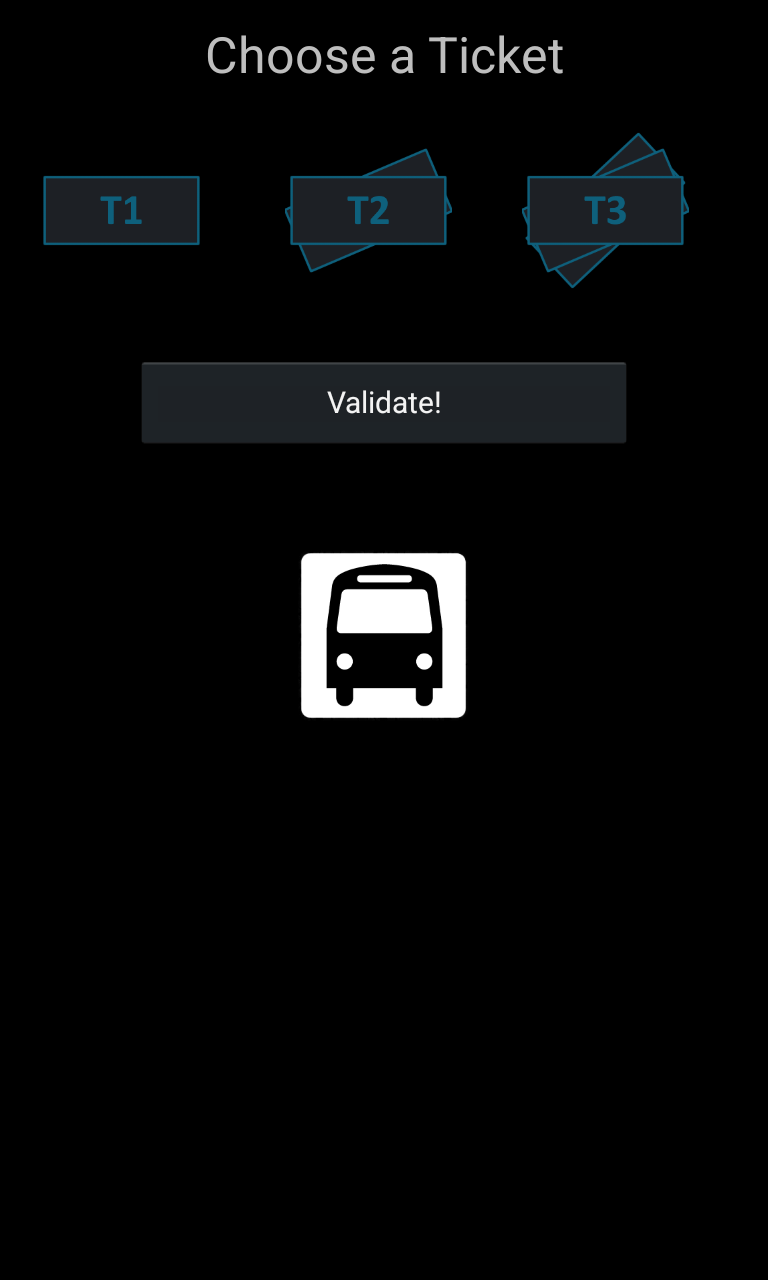
Repository: Nelspike/BusTicketer
Layout: PassengerMode/res/layout/fragment_show_tickets.xml
An editor plug-in stored every save of this project. The layout is shown before and after the next save, followed by the edit.
It is drawn on a 768 x 1280 px phone screen (xhdpi) without system bars, with theme AppTheme; the app's code is not run.

Above is the layout before, as saved 2013-10-19 20:27:35.

### PassengerMode/res/layout/fragment_show_tickets.xml
<FrameLayout xmlns:android="http://schemas.android.com/apk/res/android"
    xmlns:tools="http://schemas.android.com/tools"
    android:layout_width="match_parent"
    android:layout_height="match_parent"
    tools:context=".ShowTicketsFragment" >

    <LinearLayout
        android:layout_width="match_parent"
        android:layout_height="wrap_content"
        android:orientation="vertical"
        android:paddingTop="10dp">

	    <TextView
	        android:layout_width="match_parent"
	        android:layout_height="wrap_content"
	        android:text="@string/show_tickets_title"
	        android:textSize="25sp"
	        android:gravity="center"/>

		<RadioGroup
		    android:id="@+id/ticket_radio"
		    android:layout_width="match_parent"
		    android:layout_height="wrap_content"
		    android:gravity="center"
		    android:orientation="horizontal"
		    android:paddingTop="20dp"
		    android:paddingBottom="30dp" >

			<RadioButton
			    android:id="@+id/t1_radio"
				android:button="@drawable/t1_selector"
				android:layout_width="wrap_content"
				android:layout_height="wrap_content"
				android:paddingRight="10dp"
		        android:paddingLeft="30dp"/>

			<RadioButton
			    android:id="@+id/t2_radio"
				android:button="@drawable/t2_selector"
				android:layout_width="wrap_content"
				android:layout_height="wrap_content"
		        android:paddingLeft="35dp"/>

			<RadioButton
			    android:id="@+id/t3_radio"
				android:button="@drawable/t3_selector"
				android:layout_width="wrap_content"
				android:layout_height="wrap_content"
		        android:paddingLeft="20dp"/>

		</RadioGroup>

		<Button
		    android:id="@+id/t1_ticket_validate"
		    android:layout_width="250dp"
		    android:layout_height="wrap_content"
		    android:layout_gravity="center"
		    android:text="@string/validate_ticket"
		    android:textSize="15sp" />

		<ImageView
		    android:id="@+id/qr_code_holder"
		    android:contentDescription="@string/description"
		    android:layout_width="wrap_content"
		    android:layout_height="wrap_content"
		    android:src="@drawable/bus"
		    android:layout_gravity="center"
		    android:paddingTop="50dp"/>

		<TextView
		    android:id="@+id/ticket_timer"
		    android:layout_width="match_parent"
		    android:layout_height="wrap_content"/>

    </LinearLayout>




</FrameLayout>

### PassengerMode/res/values/styles.xml
<resources>

    <!--
        Base application theme, dependent on API level. This theme is replaced
        by AppBaseTheme from res/values-vXX/styles.xml on newer devices.
    -->
    <style name="AppBaseTheme" parent="android:Theme.Holo">
        <!--
            Theme customizations available in newer API levels can go in
            res/values-vXX/styles.xml, while customizations related to
            backward-compatibility can go here.
        -->
    </style>

    <!-- Application theme. -->
    <style name="AppTheme" parent="android:Theme.Holo">
        <!-- All customizations that are NOT specific to a particular API-level can go here. -->
    </style>

</resources>

### PassengerMode/res/values/strings.xml
<?xml version="1.0" encoding="utf-8"?>
<resources>

    <string name="app_name">Passenger Mode</string>
    <string name="action_settings">Settings</string>
    <string name="hello_world">Hello world!</string>
    <string name="welcome_string">Welcome to Bus Ticketer!</string>
    <string name="splash_screen_description">Splash Screen Logo</string>
    <string name="splash_screen_terms">Lorem ipsum dolor sit amet, consectetur adipiscing elit. In porta cursus lacus ut porta. Ut luctus et urna eu malesuada. Donec magna diam, mollis molestie est eu, bibendum semper quam. Curabitur rhoncus iaculis nisi ut luctus. Pellentesque habitant morbi tristique senectus et netus et malesuada fames ac turpis egestas. Ut luctus gravida massa, a posuere nunc sagittis ac. Maecenas porta nisi sed interdum varius. Nunc tincidunt turpis nec orci interdum sollicitudin in at nulla. Integer non lorem a elit elementum iaculis consectetur vel ipsum. Aenean sed eros laoreet, egestas lacus eu, accumsan risus. Aliquam consequat sagittis urna, quis accumsan felis malesuada sed.</string>
    <string name="splash_screen_name_label">Name:</string>
    <string name="splash_screen_card_label">CC No.:</string>
    <string name="splash_screen_register_button">Register it up!</string>
    <string name="title_activity_central">CentralActivity</string>
    <string name="hello_blank_fragment">Hello blank fragment</string>
    <string name="description">Generic Description</string>
    <string name="validate_ticket">Validate!</string>
    <string name="show_tickets_title">Choose a Ticket</string>

</resources>

### PassengerMode/res/drawable-xxhdpi/t1_selector.xml
<?xml version="1.0" encoding="utf-8"?>
<selector xmlns:android="http://schemas.android.com/apk/res/android" >
	<item android:state_checked="true" android:drawable="@drawable/selectedt1" />
	<item android:state_checked="false" android:drawable="@drawable/t1" />
</selector>

### PassengerMode/res/drawable-xxhdpi/t2_selector.xml
<?xml version="1.0" encoding="utf-8"?>
<selector xmlns:android="http://schemas.android.com/apk/res/android" >
	<item android:state_checked="true" android:drawable="@drawable/selectedt2" />
	<item android:state_checked="false" android:drawable="@drawable/t2" />
</selector>

### PassengerMode/res/drawable-xxhdpi/t3_selector.xml
<?xml version="1.0" encoding="utf-8"?>
<selector xmlns:android="http://schemas.android.com/apk/res/android" >
	<item android:state_checked="true" android:drawable="@drawable/selectedt3" />
	<item android:state_checked="false" android:drawable="@drawable/t3" />
</selector>

After the next save:
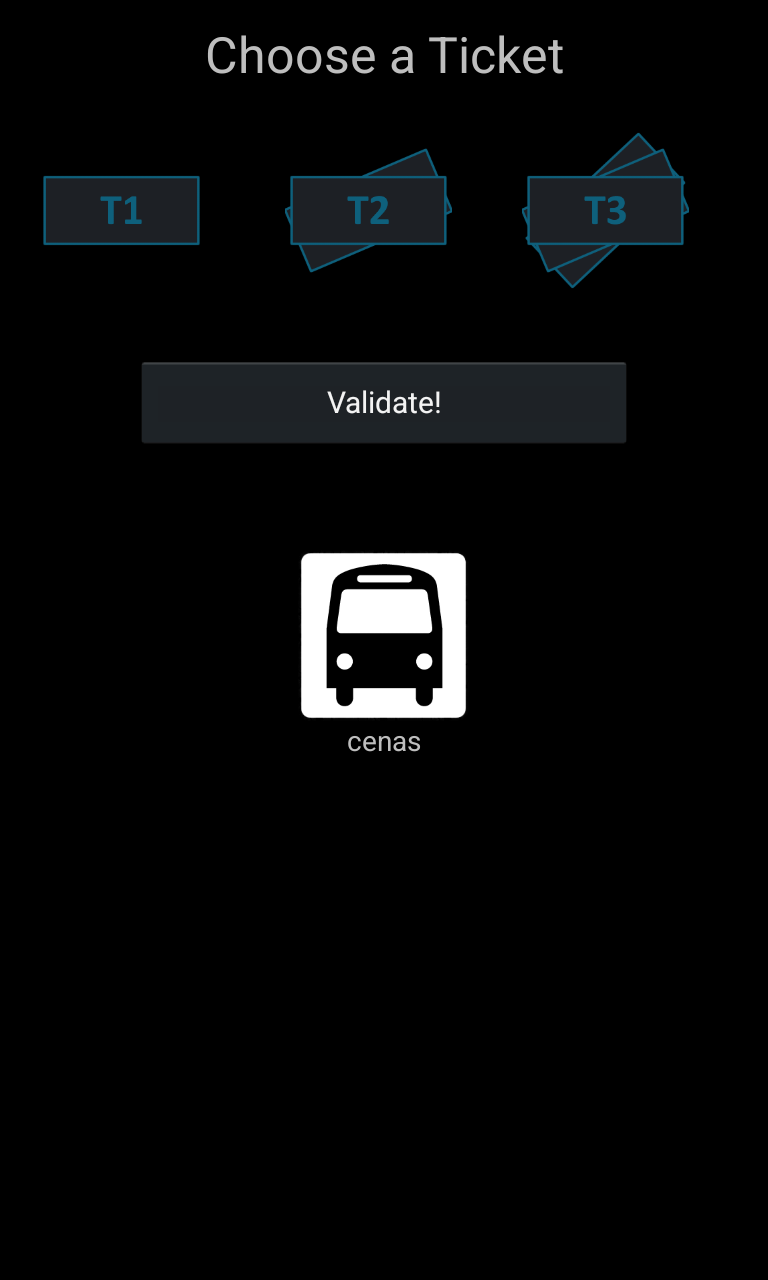
Saved 15 s later.
--- a/PassengerMode/res/layout/fragment_show_tickets.xml
+++ b/PassengerMode/res/layout/fragment_show_tickets.xml
@@ -70,7 +70,9 @@
 		<TextView
 		    android:id="@+id/ticket_timer"
 		    android:layout_width="match_parent"
-		    android:layout_height="wrap_content"/>
+		    android:layout_height="wrap_content"
+		    android:gravity="center"
+		    android:text="cenas"/>
 
     </LinearLayout>
 
